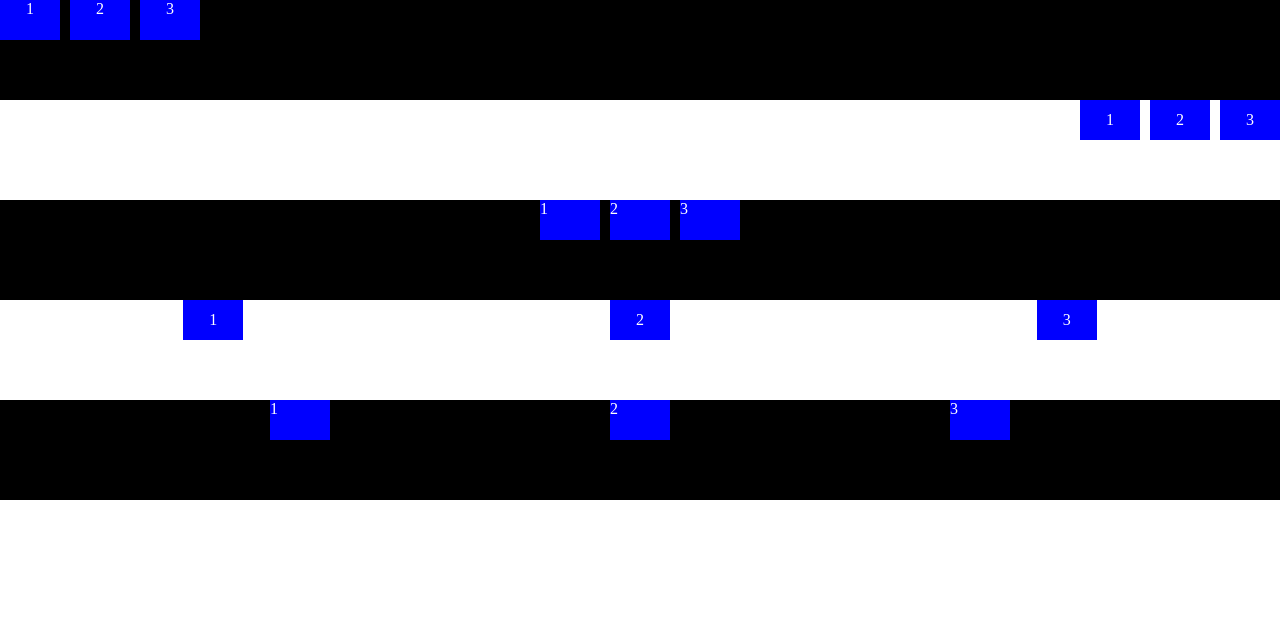
Repository: Elesion08/flexbox
Page: index.html
The author's editor kept a copy of each file at every save. The page is drawn from the files as they stood at one save, then again after the next save.
The browser window is 1280 px wide. The pictures show the whole page.

Above is the page before, as saved 2025-04-14 11:46:56.

After the next save:
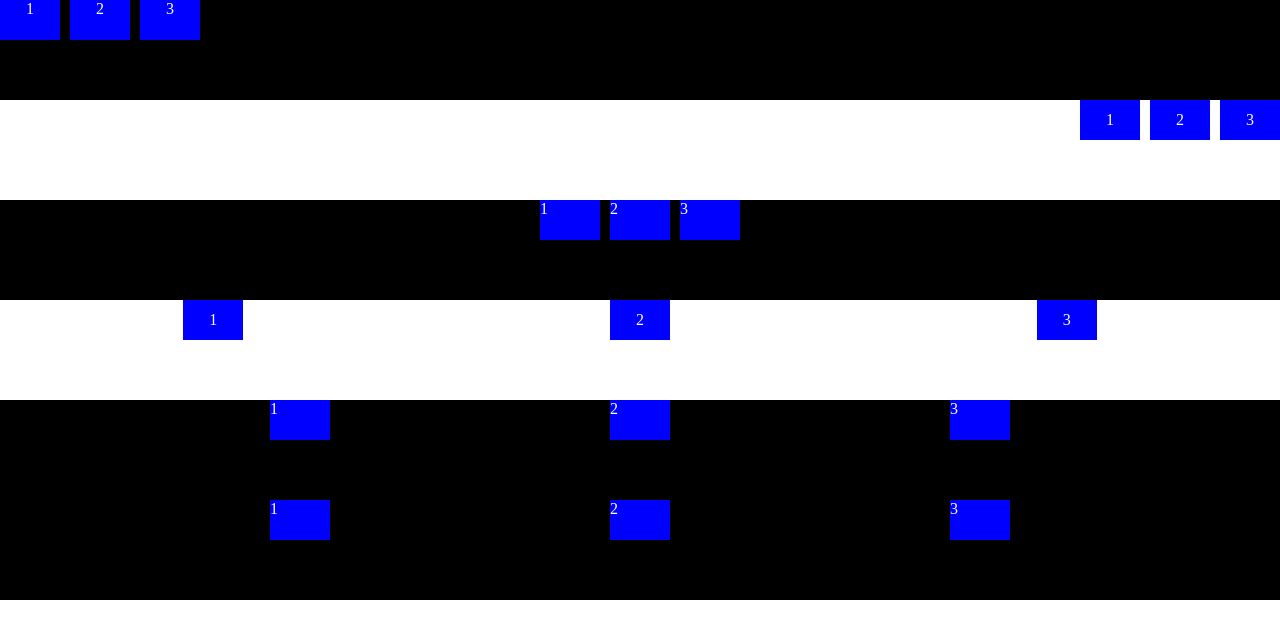
Saved 38 s later.
--- a/index.html
+++ b/index.html
@@ -33,6 +33,11 @@
             <div class="box5">2</div>
             <div class="box5">3</div>
         </div>
+        <div class="container__card5">
+            <div class="box5">1</div>
+            <div class="box5">2</div>
+            <div class="box5">3</div>
+        </div>
     </div>
 </body>
 </html>
